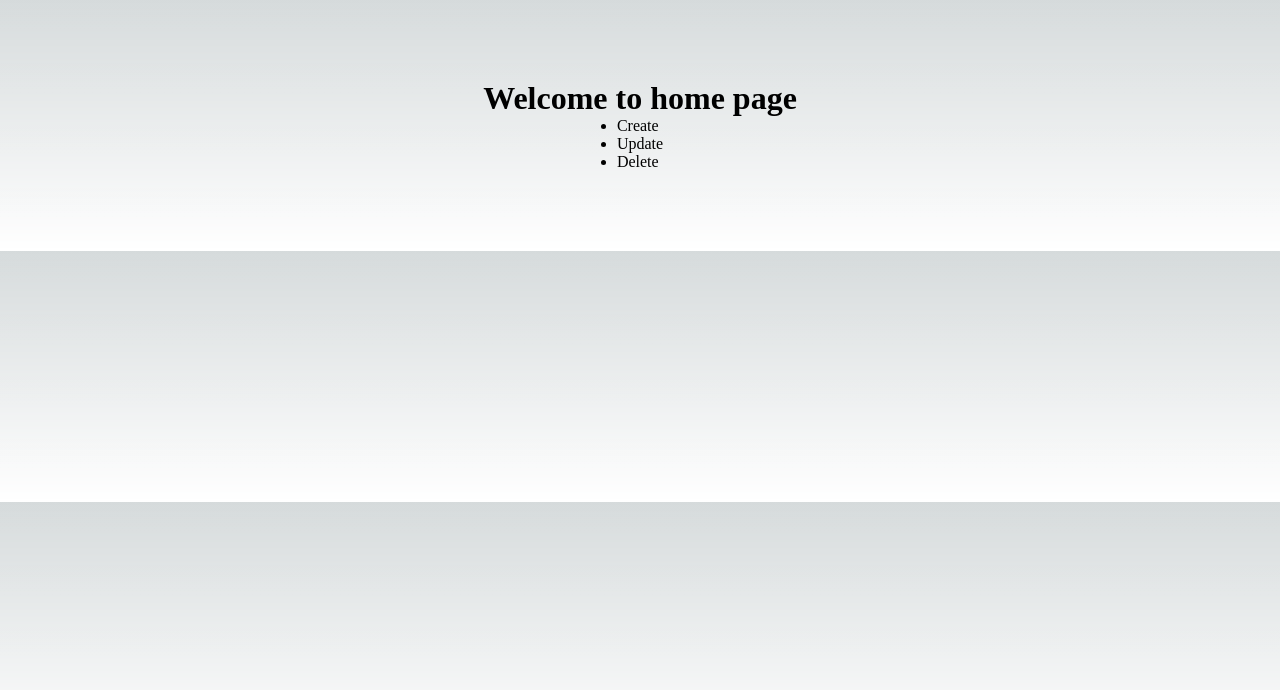
Repository: JacobSkilling-dot/playwright-example-week4
Page: /
These files come from the project's save history. The page is drawn as it stood at one moment and after the next save; the edit follows.
The browser window is 1280 px wide. The pictures show the whole page.
The project was rebuilt for these pictures with package versions that can differ from the ones it lists, and the page was loaded fresh each time. The framework's server and built-in components were replaced by stand-ins that run in the browser. Also part of the build but not shown: next.config.js.

Above is the page before, as saved 2023-01-23 10:59:27.

After the next save:
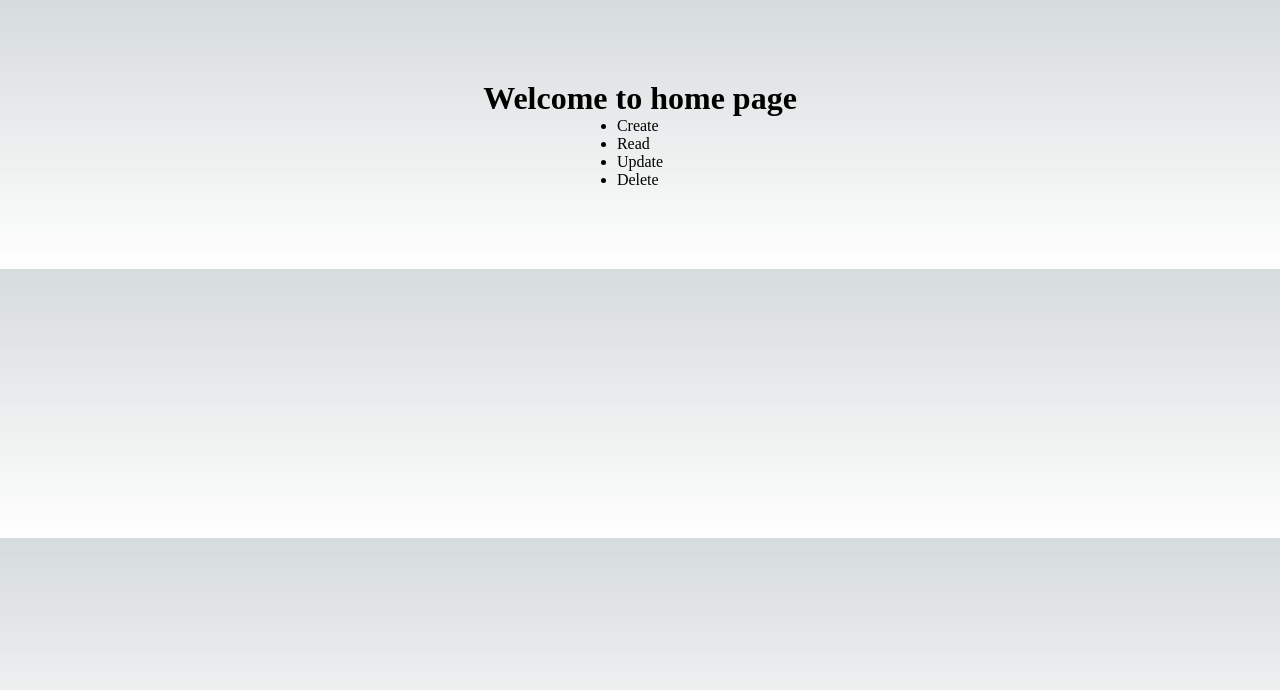
Saved 57 s later.
--- a/pages/index.js
+++ b/pages/index.js
@@ -18,6 +18,7 @@ export default function Home() {
         <h1>Welcome to home page</h1>
         <ul>
           <li>Create</li>
+          <li>Read</li>
           <li>Update</li>
           <li>Delete</li>
         </ul>
